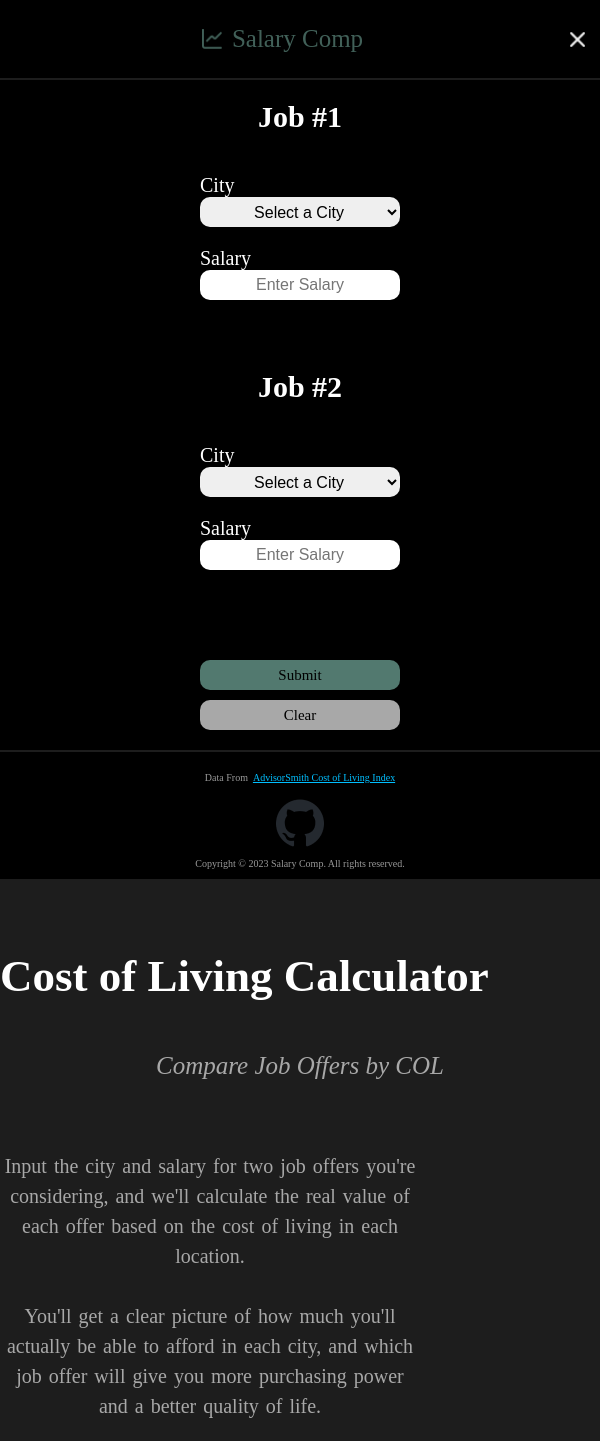
Repository: robbymcd/Salary-Comp
Page: /
An editor plug-in stored every save of this project. The page is shown before and after the next save, followed by the edit.
The browser window is 600 px wide. The pictures show the whole page.
Some web fonts or font styles are not loaded; a fallback is used. The project was rebuilt for these pictures with package versions that can differ from the ones it lists, and the page was loaded fresh each time. Also part of the build but not shown: src/Main.css, src/Main.js.

Above is the page before, as saved 2023-06-16 18:23:33.

### public/index.html
<!DOCTYPE html>
<html lang="en">
  <head>
    <meta charset="utf-8" />
    <link rel="icon" href="%PUBLIC_URL%/favicon.ico" />
    <meta name="viewport" content="width=device-width, initial-scale=1" />
    <meta name="theme-color" content="#000000" />
    <meta
      name="description"
      content="Compare Job Offers by COL"
    />
    <link rel="apple-touch-icon" href="%PUBLIC_URL%/favicon.ico" />
    <!--
      manifest.json provides metadata used when your web app is installed on a
      user's mobile device or desktop. See https://developers.google.com/web/fundamentals/web-app-manifest/
    -->
    <link rel="manifest" href="%PUBLIC_URL%/manifest.json" />
    <!--
      Notice the use of %PUBLIC_URL% in the tags above.
      It will be replaced with the URL of the `public` folder during the build.
      Only files inside the `public` folder can be referenced from the HTML.

      Unlike "/favicon.ico" or "favicon.ico", "%PUBLIC_URL%/favicon.ico" will
      work correctly both with client-side routing and a non-root public URL.
      Learn how to configure a non-root public URL by running `npm run build`.
    -->
    <title>Salary Comp</title>
  </head>
  <body>
    <noscript>You need to enable JavaScript to run this app.</noscript>
    <div id="root"></div>
    <!--
      This HTML file is a template.
      If you open it directly in the browser, you will see an empty page.

      You can add webfonts, meta tags, or analytics to this file.
      The build step will place the bundled scripts into the <body> tag.

      To begin the development, run `npm start` or `yarn start`.
      To create a production bundle, use `npm run build` or `yarn build`.
    -->
  </body>
</html>

### src/index.css
body {
  margin: 0;
  font-family: -apple-system, BlinkMacSystemFont, 'Segoe UI', 'Roboto', 'Oxygen',
    'Ubuntu', 'Cantarell', 'Fira Sans', 'Droid Sans', 'Helvetica Neue',
    sans-serif;
  -webkit-font-smoothing: antialiased;
  -moz-osx-font-smoothing: grayscale;
  height: 100%;
  width: 100%;
}

html {
  height: 100%;
  width: 100%;
  background-color: #1D1D1D;
}

code {
  font-family: source-code-pro, Menlo, Monaco, Consolas, 'Courier New',
    monospace;
}

### src/App.js
import React, { useState } from 'react';
import './App.css';
import Sidebar from './Sidebar.js';
import Content from './Content.js';

function App() {
  const [isSubmitted, setIsSubmitted] = useState(false);
  const [cityCOL1, setCityCOL1] = useState('');
  const [cityCOL2, setCityCOL2] = useState('');
  const [cityName1, setCityName1] = useState('');
  const [cityName2, setCityName2] = useState('');
  const [salary1, setSalary1] = useState('');
  const [salary2, setSalary2] = useState('');

  const handleFormSubmit = (formData) => {
    setIsSubmitted(true);
    setCityCOL1(formData.cityCOL1);
    setCityCOL2(formData.cityCOL2);
    setCityName1(formData.cityName1);
    setCityName2(formData.cityName2);
    setSalary1(formData.salary1);
    setSalary2(formData.salary2);
  };

  return (
    <div className="main">
        <Sidebar onFormSubmit={handleFormSubmit}/>
        <Content isSubmitted={isSubmitted} cityCOL1={cityCOL1} cityCOL2={cityCOL2} cityName1={cityName1} cityName2={cityName2} salary1={salary1} salary2={salary2} />
    </div>
  );
}

export default App;

### src/App.css
.main {
    display: flex;
    flex-direction: row;
    height: 200%;
    width: 100%;
    background-color: #1D1D1D;
}

@media screen and (max-width: 700px) {
    .main {
        flex-direction: column;
        gap: 100px;
    }
}

### src/Content.js
import React from 'react';
import './Content.css';
import Instruction from './Instruction.js';
import Main from './Main.js';

export default function Content({ isSubmitted ,cityCOL1 ,cityCOL2, cityName1, cityName2 , salary1, salary2 }) {

    return (
        <div className='Content-container'>
            {isSubmitted ? <Main cityCOL1={cityCOL1} cityCOL2={cityCOL2} cityName1={cityName1} cityName2={cityName2} salary1={salary1} salary2={salary2}/> : <Instruction />}
        </div>
    );
}

### src/Sidebar.css
@import url('https://fonts.googleapis.com/css?family=Roboto-Mono');
@import url('https://fonts.googleapis.com/css?family=Mukta-Vaani');
.sidebar {
    display: flex;
    height: 100vh;
    width: fit-content;
}

.closed-sidebar {
    display: flex;
    height: 100vh;
    width: fit-content;
    margin-right: 22vw;
}

.plusIcon {
    height: 30px;
    width: 30px;
    margin-left: 20px;
    align-self: center;
    cursor: pointer;
}

.plusIcon:hover {
    opacity: 0.5;
}

.error {
    display: flex;
    font-size: 15px;
    margin-bottom: -15px;
    color: #BA1F33;
}

.button-container {
    display: flex;
    flex-direction: column;
    gap: 10px;
    margin-top: 20px;
}

.submit-container {
    display: flex;
}

.submit {
    height: 30px;
    width: clamp(200px, 20vw, 300px);
    border-radius: 10px;
    border: none;
    outline: none;
    cursor: pointer;
    background-color: #52796F;
    font-family: Mukta Vaani;
    font-size: 15px;
    color: #000;
    font-weight: normal;
    box-shadow: 0px 4px 4px rgba(0, 0, 0, 0.25);
}

.submit:hover {
    opacity: 0.8;
}

.clear-container {
    display: flex;
}

.clear {
    height: 30px;
    width: clamp(200px, 20vw, 300px);
    border-radius: 10px;
    border: none;
    outline: none;
    cursor: pointer;
    background-color: #a8a8a8;
    font-family: Mukta Vaani;
    font-size: 15px;
    color: #000;
    box-shadow: 0px 4px 4px rgba(0, 0, 0, 0.25);
}

.clear:hover {
    opacity: 0.8;
}

@media screen and (min-width: 1650px) {
    .button-container {
        gap: 20px;
    }
}

@media screen and (max-width: 700px) {
    .sidebar {
        display: grid;
        height: fit-content;
        width: 100vw;
    }

    .closed-sidebar {
        height: fit-content;
        justify-content: center;
    }

    .plusIcon {
        margin: 0;
    }

    .submit {
        width: 200px;
    }

    .clear {
        width: 200px;
    }
}

### src/OpenSidebar.css
@import url('https://fonts.googleapis.com/css?family=Roboto-Mono');
@import url('https://fonts.googleapis.com/css?family=Mukta-Vaani');

.open-sidebar {
    display: flex;
    flex-direction: column;
    height: 100vh;
    width: 25vw;
    background-color: #000;
    box-shadow: 0px 0px 4px 4px rgba(0, 0, 0, 0.25);
    margin-right: 8vw;
    transition: transform 0.3s ease-in-out;
}

.sidebar-header {
    display: flex;
    width: 25vw;
    border-bottom: 2px solid #1d1d1d;
    justify-content: space-between;
    align-items: center;
}

.sidebar-wrapper {
    display: inline-block;
}

.centering {
    display: flex;
    flex-direction: row;
    width: 100%;
    align-self: center;
    align-items: center;
    justify-content: center;
}

.logo {
    display: flex;
    flex-direction: row;
    width: 100%;
    align-items: center;
    justify-content: center;
    gap: 10px;
    cursor: pointer;
}

.logo:hover {
    opacity: .8;
}

.logo p {
    font-family: Roboto Mono;
    color: #52796F;
    font-size: 25px;
}

.chart {
    height: 20px;
    width: 20px;
}

.city {
    display: flex;
    flex-direction: column;
    font-family: Mukta Vaani;
    font-style: normal;
    font-weight: 300;
    font-size: 20px;
    color: #fff;
}

.salary{
    display: flex;
    flex-direction: column;
    font-family: Mukta Vaani;
    font-style: normal;
    font-weight: 300;
    font-size: 20px;
    color: #fff;
}

.salary label {
    display: flex;
    justify-self: center;
}

.form {
    display: flex;
    flex-direction: column;
    font-family: Mukta Vaani;
    height: 100%;
    align-items: center;
    gap: 20px;
    border-bottom: 2px solid #1d1d1d;
    justify-content: center;
    padding: 20px;
}

.form h1 {
    color: #fff;
    font-family: Roboto Mono;
    font-size: 30px;
    font-weight: 700;
    font-style: normal;
    text-align: center;
    margin-top: 10px;
    margin-bottom: 0px;
}

select {
    cursor: pointer;
}

input {
    text-decoration: none;
    height: 30px;
    width: clamp(200px, 20vw, 300px);
    border-radius: 10px;
    outline: none;
    border: none;
    padding: 0;
    text-align: center;
    font-size: 16px;
    cursor: pointer;
}

.salarycomp {
    height: 80px;
    width: 360px;
}

.x {
    height: 25px;
    width: 25px;
    cursor: pointer;
    margin-right: 10px;
}

.x:hover {
    opacity: 0.5;
    transition: ease-in-out 0.2s;
}

.footer {
    display: flex;
    flex-direction: column;
    align-items: center;
    justify-content: center;
    width: 100%;
    background-color: #000;
}

.footer p {
    color: #fff;
    opacity: .6;
    font-family: 'Mukta Vaani';
    font-style: normal;
    font-weight: 300;
    font-size: 14px;
    text-align: center;
}

.hiw {
    display: flex;
    flex-direction: row;
    align-items: center;
    justify-content: center;
    gap: 10px;
}

.hiw a {
    font-size: 14px;
    font-weight: 300;
    font-family: 'Mukta Vaani';
    color: #00bfff;
}

.hiw a:hover {
    opacity: 0.5;
    transition: ease-in-out 0.2s;
}

.github {
    height: 50px;
    width: 50px;
    cursor: pointer;
}

.github:hover {
    opacity: 0.8;
}

@media screen and (max-width: 1000px) {
    .footer p {
        font-size: 10px;
    }

    .hiw a {
        font-size: 10px;
    }

    .hiw {
        margin-top: 10px;
        margin-bottom: 5px;
        gap: 5px;
    }
}

@media screen and (min-height: 800px) {
    .form h1 {
        margin-top: 0;
        margin-bottom: 20px;
    }

    input {
        margin-bottom: 50px;
    }
}

@media screen and (max-width: 700px) {
    .open-sidebar {
        width: 100vw;
        margin: 0;
    }

    .sidebar-header {
        width: 100vw;
    }

    .city {
        width: 200px;
    }

    select {
        width: 200px;
    }
}

### src/Select.css
.select-main {
    text-decoration: none;
    height: 30px;
    width: clamp(200px, 20vw, 300px);
    border-radius: 10px;
    outline: none;
    text-align: center;
    font-size: 16px;
}

.select-main select {
    text-align: center;
    text-decoration: none;
    outline: none;
    border: none;
    height: 30px;
    width: clamp(200px, 20vw, 300px);
    border-radius: 10px;
    font-size: 16px;
    padding-left: 10px;
}

### src/Content.css
@import url('https://fonts.googleapis.com/css?family=Kadwa');
@import url('https://fonts.googleapis.com/css?family=Hind-Madurai');

.Content-container {
    display: flex;
    width: 100%;
}

.header {
    display: flex;
    flex-direction: row;
    align-items: center;
    margin-top: 50px;
    gap: 25px;
}

.content h1 {
    font-family: Kadwa;
    font-weight: bold;
    font-size: 45px;
    height: 100%;
    margin: 0;
}

.content h2 {
    font-family: Hind Madurai;
    font-size: 40px;
    color: #a8a8a8;
    margin-top: 50px;
    width: 75%;
    font-weight: 500;
    font-style: italic;
}

.content p {
    display: flex;
    width: 50vw;
    font-family: Hind Madurai;
    font-size: 20px;
    color: #a8a8a8;
    word-spacing: 2px;
    line-height: 1.5;
    margin-top: 50px;
    width: 70%;
}

.content {
    display: flex;
    flex-direction: column;
    color: #fff;
    height: fit-content;
    width: 100%;
    justify-items: center;
}

.calculator {
    display: flex;
    height: 150px;
    width: 150px;
}

@media screen and (max-width: 700px) {
    .Content-container {
        width: 100vw;
        justify-content: center;
        text-align: center;
    }

    .calculator {
        display: none;
    }

    .content h2 {
        font-size: 25px;
        width: 100vw;
    }
}

### src/Instruction.js
import calculator from './calculator.png';

export default function Instruction() {
    return (
        <div className="content">
            <div className="header">
                <h1>Cost of Living Calculator</h1>
                <img className="calculator" src={calculator} alt='calculator'></img>
            </div>
            <h2>Compare Job Offers by COL</h2>
            <p>Input the city and salary for two job offers you're considering, and we'll calculate the real value of each offer based on the cost of living in each location.<br/><br/>You'll get a clear picture of how much you'll actually be able to afford in each city, and which job offer will give you more purchasing power and a better quality of life.
            </p>
        </div>
    );
}

Loaded but not shown: src/index.js (common file); src/reportWebVitals.js (common file); src/Sidebar.js (399 lines, source omitted)

After the next save:
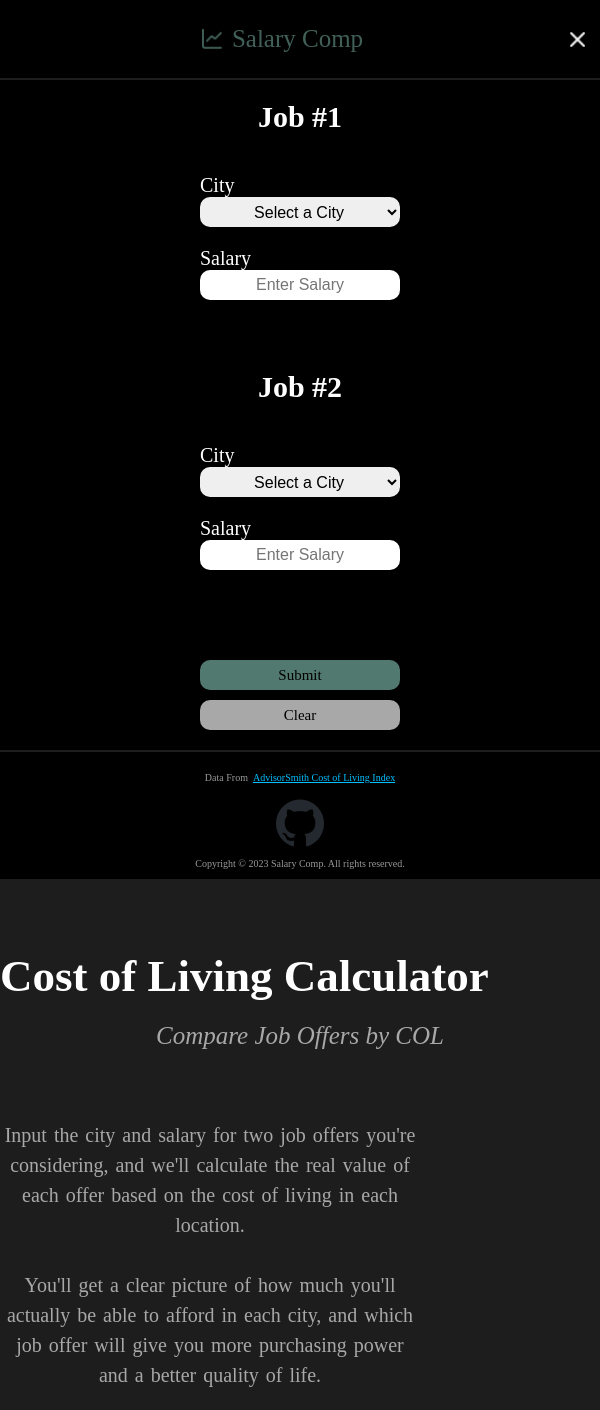
Saved 19 s later.
--- a/src/Content.css
+++ b/src/Content.css
@@ -73,5 +73,7 @@
     .content h2 {
         font-size: 25px;
         width: 100vw;
+        margin-top: 20px;
+        margin-bottom: 20px;
     }
 }
